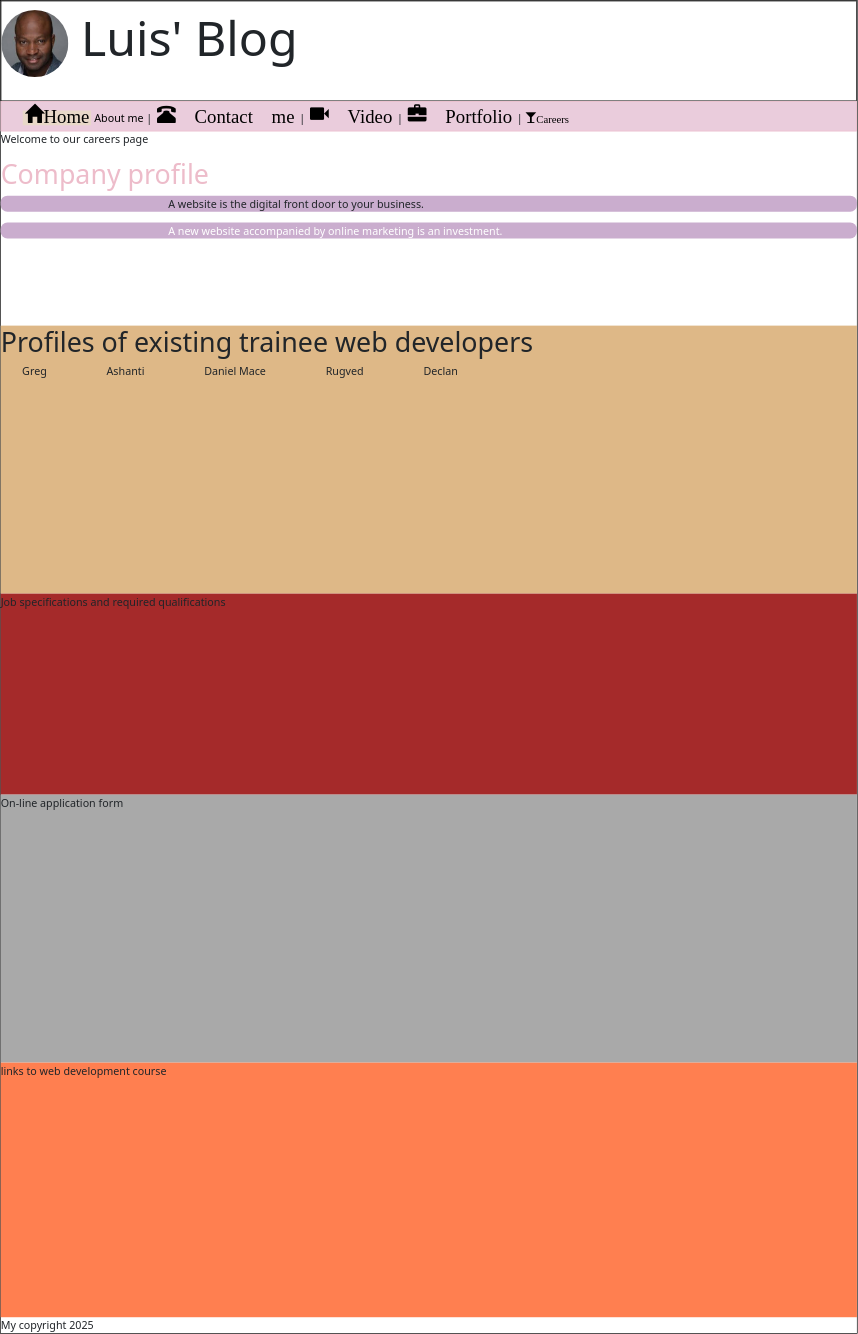
Repository: wduluis/wduluis.github.io
Page: careers.html
These files come from the project's save history. The page is drawn as it stood at one moment and after the next save; the edit follows.
The browser window is 1280 px wide. The pictures show the whole page, at 67% of full size.

Above is the page before, as saved 2025-05-09 12:19:46.

### careers.html
<!doctype html>
<html lang="en-GB">

<head>
<meta charset="utf-8" />
<meta name="viewport" content="width=width-device, initial-scale=1 strink-to-fit=no" />
<meta description="Website development, Web design" />
<title>Luis's Blog </title>
<link rel="stylesheet" type="text/css" href="mycss/myblog.css" />
<script type="text/javascript" src="myjsfiles/mytasks.js"/> </script>

<link rel="stylesheet" type="text/css" href="my_bootstrap/css/bootstrap.min.css" />

<link rel="stylesheet" type="text/css" href="glyphicons-only-bootstrap/css/bootstrap.min.css" />

<script type="text/javascript" src="my_bootstrap/js/bootstrap.min.js" /> </script>

<script type="text/javascript" src="my_jquery/jquery-3.7.1.min.js" /> </script>




</head>
<body>
<div id="mypage">
<div id="banner"> <img src="images/luis_photo.jpg" alt="photo of Luis Ibhiabor" width="100" height="100"/> Luis' Blog</div>
<div id="topnav">
<ul>
<li class="hm"> <a href="index.html" class="glyphicon glyphicon-home gi-2x">Home</a></li>
<li> <a href="aboutus.html"> About me </a> </li> |
<li> <a href="contacts.html" class="glyphicon glyphicon-phone-alt gi-2x"> Contact me </a> </li> |
<li> <a href="video.html" class="glyphicon glyphicon glyphicon-facetime-video gi-2x"> Video </a> </li> |
<li> <a href="portfolio.html" class="glyphicon glyphicon glyphicon-briefcase gi-2x"> Portfolio </a> </li> |
<li> <a href="careers.html" class="glyphicon glyphicon-glass g1-2x">Careers</a></li>

</ul>
</div>

<div id="contentarea">
<p> Welcome to our careers page</p>

<div class="company_profile">
    <h1>Company profile</h1>
    <p>A website is the digital front door to your business.</p>
    <p class="pp2">A new website accompanied by online marketing is an investment.</p>


</div>

<div class="current_trainees"><h1>Profiles of existing trainee web developers</h1>
<ul>
    <li class="name">Greg</li>
    <li class="name">Ashanti</li>
    <li class="name">Daniel Mace</li>
    <li class="name">Rugved</li>
    <li class="name">Declan</li>
</ul>


</div>

<div class="job_spec"><p>Job specifications and required qualifications</p></div>
<div class="application_form"><p>On-line application form</p></div>

<div class="our_courses"><p>links to web development course</p></div>

 </div>

<div id="pagefooter"> My copyright 2025 </div>

</div>
</body>
</html>

### mycss/myblog.css

body {
background-color: #fff;
font-family: Arial, Helvetica, sans-serif;
}

#mypage {
border: 1px solid #000;
/* width: 1400px; */
width: 100%;
}

#banner {
height: 150px;
border: 1px solid #000;
}

#topnav {
height: 45px;
border: 1px solid #edbcca;
}

/*Improving it starts here*/
#topnav {
background-color: #eaccdc;

}

.gi-2x{font-size: 28px; padding: 3px;}
.gi-3x{font-size: 3em;}
.gi-4x{font-size: 4em;}
.gi-5x{font-size: 5em;}


#banner img {
border-radius: 50%;

/*height: 100px; width: 100px; background-color: #ff5733; margin: auto;*/
}

/*Improving it ends here*/


#topnav ul li{
text-decoration: none;
display: inline;
}

#topnav a:link {
text-decoration: none;
color: #000;
}

#topnav a:visited {
color: #caadce;
}

#topnav a:hover {
background-color: #000;
}

#contentarea {
height: auto;
/* height: 700px; */

}


#banner {
font-size: 450%;

}

.hm {
height: 25px;
background-color: #e8d8c8;
}




/*
#topnav ul li {
text-decoration: none;
display: inline;

}

https://developers.google.com/fonts/docs/getting_started

#mypage {


border: 1px solid #000;
}

*/

.company_profile {
    width: 100%;
    height: 250px;
    /* background-color: #c8def2; */
    /* border-radius: 8px;
    margin: 10px; */
}

.current_trainees {
    width: 100%;
    height: 400px;
    background-color:burlywood;
}

.job_spec {
    width: 100%;
    height: 300px;
    background-color:brown;
}

.application_form {
    width: 100%;
    height: 400px;
    background-color:darkgray;
}

.our_courses {
    width: 100%;
    height: 380px;
    background-color: coral;
}

.current_trainees ul li{
    display: inline;
    margin-right: 85px;
}

.company_profile h1 {
    color: #edbcca;
}

.company_profile p {
     padding-left: 250px;
     border-radius: 10px;
     background-color: #caadce;
}

.pp2 {
    color: #fff;
    padding-left: none !important;
}

### myjsfiles/mytasks.js
/*
document.write("Hello World!");
window.alert("Welcome to my blog!");
*/

Loaded but not shown: my_bootstrap/css/bootstrap.min.css (library); glyphicons-only-bootstrap/css/bootstrap.min.css (library); my_bootstrap/js/bootstrap.min.js (library); my_jquery/jquery-3.7.1.min.js (library)

After the next save:
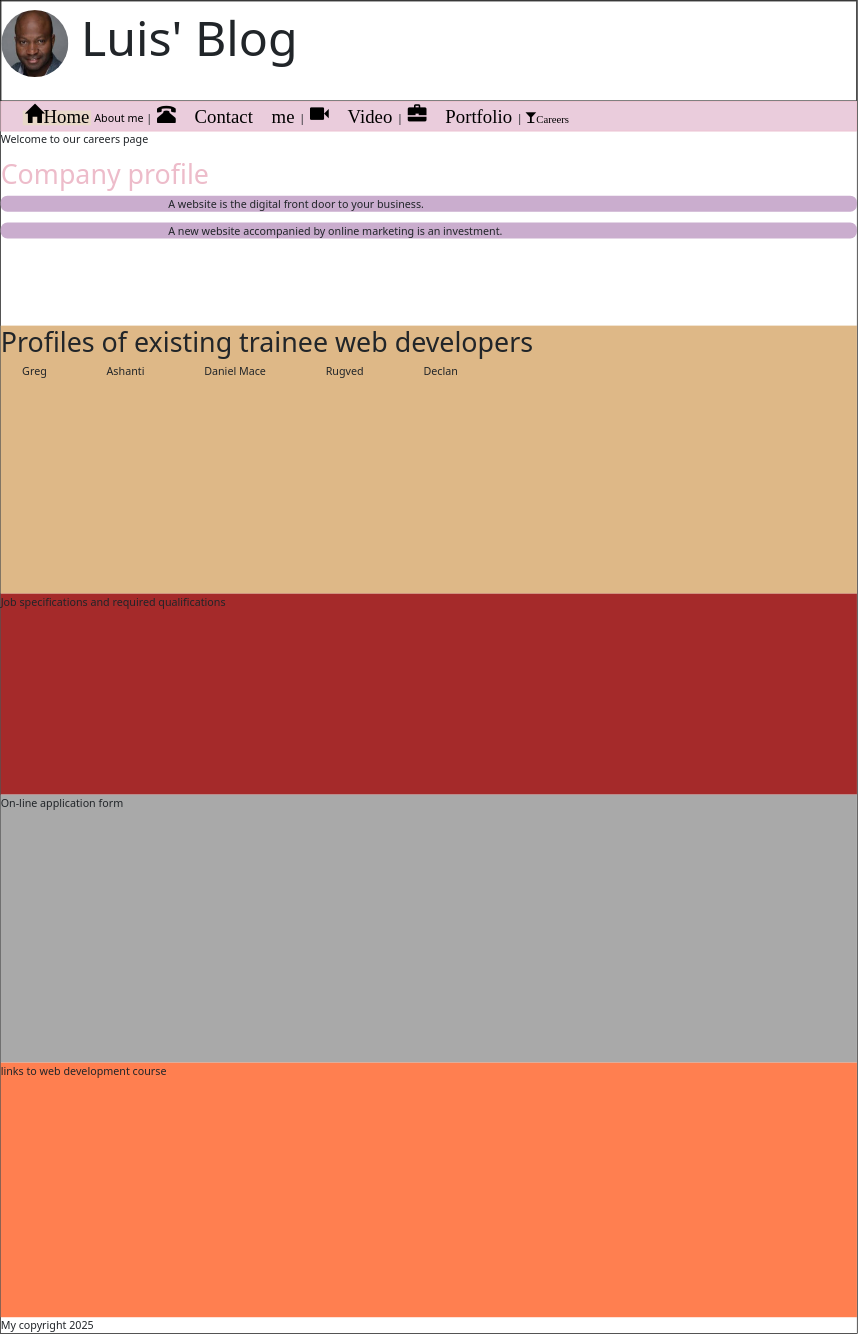
Saved 31 s later.
--- a/mycss/myblog.css
+++ b/mycss/myblog.css
@@ -143,7 +143,7 @@ border: 1px solid #000;
      background-color: #caadce;
 }
 
-.pp2 {
+.company_profile pp2 {
     color: #fff;
     padding-left: none !important;
 }
